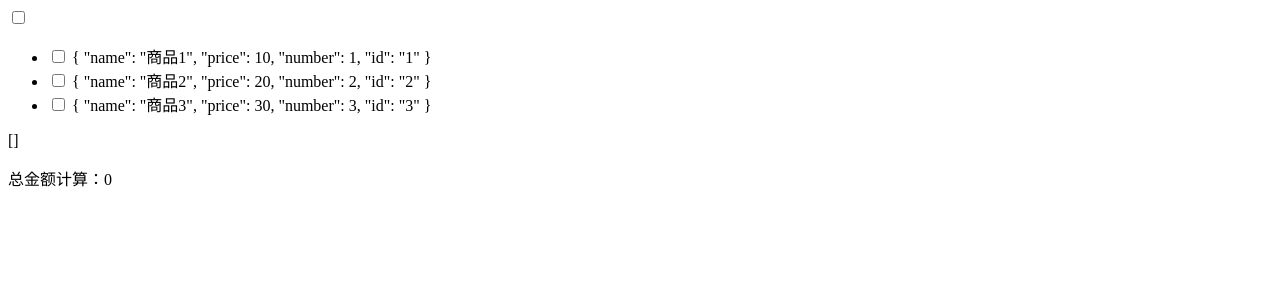
Repository: xiemin2161/mytest
Page: 02-表单绑定-购物车.html
An editor plug-in stored every save of this project. The page is shown before and after the next save, followed by the edit.
The browser window is 1280 px wide. The pictures show the whole page.

Above is the page before, as saved 2023-02-01 11:06:15.

After the next save:
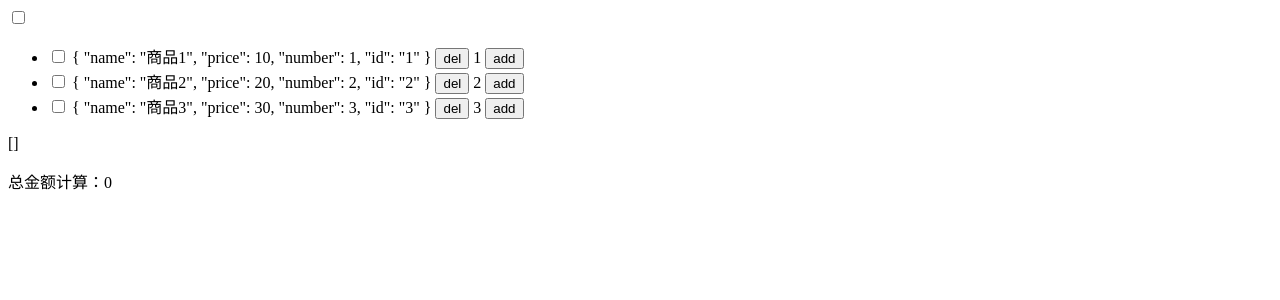
Saved 3 min 23 s later.
--- a/02-表单绑定-购物车.html
+++ b/02-表单绑定-购物车.html
@@ -22,6 +22,9 @@
             @change="handleLiChange"
           />
           {{data}}
+          <button>del</button>
+          {{data.number}}
+          <button>add</button>
         </li>
       </ul>
       {{checkgroup}}
